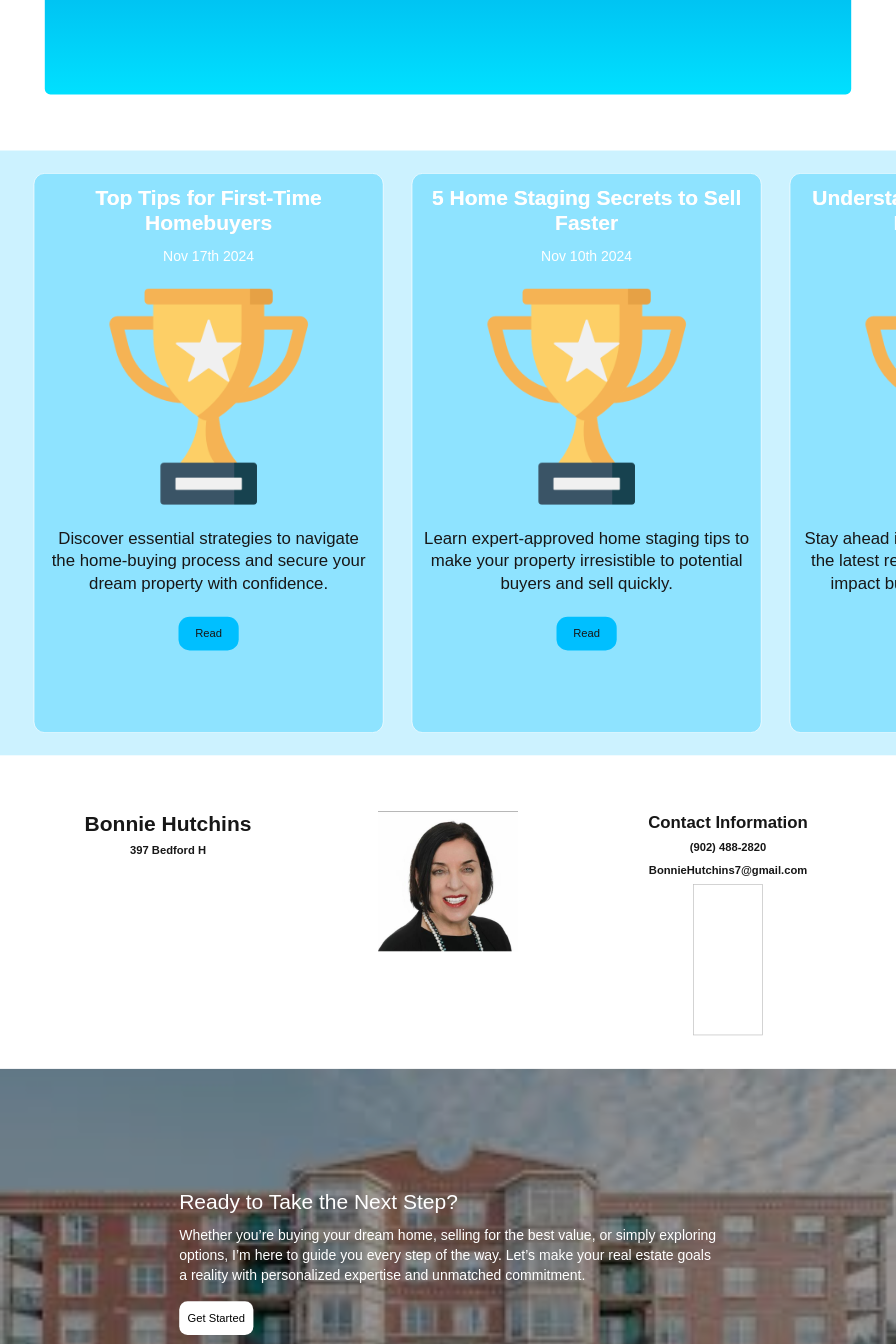
Repository: TMuse333/bonnie-website-
Page: / (app in frontend/)
The author's editor kept a copy of each file at every save. The page is drawn from the files as they stood at one save, then again after a run of saves.
The browser window is 1280 px wide. The pictures show the part of the page from y = 4580 to 6500 px (the page is 7047 px tall), at 70% of full size.
The project was rebuilt for these pictures with package versions that can differ from the ones it lists, and the page was loaded fresh each time. The framework's server and built-in components were replaced by stand-ins that run in the browser. Also part of the build but not shown: frontend/next.config.mjs.

Above is the page before, as saved 2024-11-30 14:36:24.

### frontend/src/app/layout.tsx
import { ContextProvider } from "@/context/context";
import type { Metadata } from "next";
import localFont from "next/font/local";
import "./globals.css";

const geistSans = localFont({
  src: "./fonts/GeistVF.woff",
  variable: "--font-geist-sans",
  weight: "100 900",
});
const geistMono = localFont({
  src: "./fonts/GeistMonoVF.woff",
  variable: "--font-geist-mono",
  weight: "100 900",
});

export const metadata: Metadata = {
  title: "Bonnie Hutchins",
  description: "A sample website for Bonnie Hutchins",
};

export default function RootLayout({
  children,
}: Readonly<{
  children: React.ReactNode;
}>) {
  return (
    <html lang="en">
      <ContextProvider>


      <body
        className={`${geistSans.variable} ${geistMono.variable} antialiased`}
      >
        {children}
      </body>
      </ContextProvider>
    </html>
  );
}

### frontend/src/app/page.tsx
"use client"


import AuroraHero from "./components/auroraHero/auroraHero";
import CountUpStats from "./components/countUpStats/countUpStats";
import ExperienceCard from "./components/experienceCard/experienceCard";
import { experienceCard1, experienceCard2 ,experienceCard3,
 displayBox1, displayBox2,blogData, closingStatement, contactCard} from "@/data/data";
// import ImageTextBox from "./components/imageTextBox/imageTextBox";
import DisplayBoxes from "./components/displayBox/displayBox";
import Testimonials from "./components/testimonials/testimonials";
import ScrollCarousel from "./components/scrollCarousel/scrollCarousel";
import Closer from "./components/closer/closer";
import BigNav from "./components/navbar/bigNav";
import Footer2 from "./components/footer/footer";
import ContactCard from "./components/contactCard/contactCard";
export default function Home() {
  return (
    <>

   <main className="relative w-screen overflow-x-hidden">
   <BigNav
    excludedLink=""
    />
    <AuroraHero/>
    <CountUpStats
    number1="45"
    number2="15.5"
    number3="20"/>

<ExperienceCard
    {...experienceCard2}
    />

    <DisplayBoxes
    data={displayBox1}
    />

    {/* <ImageTextBox
    {...imageTextBox1}
    />

    <ImageTextBox
    {...imageTextBox2}
    reverse
    /> */}

<ExperienceCard
    {...experienceCard3}
    />



    <DisplayBoxes
    data={displayBox2}
    />

  <ExperienceCard
    {...experienceCard1}
    />

    <Testimonials/>

    <ScrollCarousel
    images={blogData}
    bgImage
    />

    <ContactCard
    {...contactCard}
    />

    <Closer
    {...closingStatement}
    />



    <Footer2
    excludedLink=""
    />


   </main>
   </>
  );
}

### frontend/src/context/context.tsx
"use client"

import React, { createContext, useState, useContext, ReactNode, useEffect } from 'react';

// Define the type for the context value
interface GeneralContextType {

  isMobile: boolean;
  setIsMobile: React.Dispatch<React.SetStateAction<boolean>>;
  heroInView: boolean;
  setHeroInView: React.Dispatch<React.SetStateAction<boolean>>;


}

// Create the context
export const GeneralContext = createContext<GeneralContextType | undefined>(undefined);

// Create a provider component
export const ContextProvider: React.FC<{ children: ReactNode }> = ({ children }) => {
  // Initialize the value state


  // Detect mobile devices
  const [isMobile, setIsMobile] = useState<boolean>(true);

const [heroInView, setHeroInView] = useState(true)





  useEffect(() => {
    const handleScroll = () => {
      if (typeof window !== 'undefined') {
        setIsMobile(window.innerWidth <= 865);
      }
    };

    if (typeof window !== 'undefined') {
      window.addEventListener('scroll', handleScroll);
      handleScroll(); // Initial check
    }

    return () => {
      if (typeof window !== 'undefined') {
        window.removeEventListener('scroll', handleScroll);
      }
    };
  }, []);


  useEffect(() => {
    console.log('is mobile', isMobile);
  }, [isMobile]);

  const contextValue = {

    isMobile,
    setIsMobile,
    heroInView, setHeroInView

  };

  return <GeneralContext.Provider value={contextValue}>{children}</GeneralContext.Provider>;
};

export const useGeneralContext = (): GeneralContextType => {
  const context = useContext(GeneralContext);
  if (!context) {
    throw new Error('useGeneralContext must be used within a ContextProvider');
  }
  return context;
};

### frontend/src/app/components/countUpStats/countUpStats.tsx
"use client"
import React, {useRef} from "react";
import CountUp from "react-countup";
import { useInView} from 'framer-motion'

interface Props {
  number1: string;
  number2: string;
  number3: string;
}

const CountUpStats: React.FC<Props> = ({ number1, number2, number3 }) => {

    const ref = useRef(null)
    const inView = useInView(ref,{
        once:true
    })
  return (
    <>
    <section   ref={ref}
    className="mx-auto w-screen max-w-[1200px]
    text-white">
         <h2 className="text-center px-4 font-bold text-2xl sm:text-3xl
         my-12">Lorem ipsum dolor sit amet consectetur adipisicing elit. Possimus, iusto?</h2>
         <p className="font-semibold px-4">
            Lorem ipsum dolor sit amet, consectetur adipisicing elit. Maxime enim dolore autem vitae, neque deserunt itaque minus officia modi repudiandae culpa hic explicabo mollitia rerum dolorem impedit, delectus, voluptatem facilis deleniti perferendis consectetur. Distinctio possimus, asperiores eius quos natus blanditiis. Dolore officiis voluptates architecto at temporibus. Omnis eaque rerum praesentium!
         </p>

    <section

      className="flex mx-auto flex-col justify-center items-center mt-4
      md:flex-row font-semibold"
    >

      {/* Number 1 */}
      <div className="text-2xl mb-6 flex flex-col
      justify-center md:flex-row items-start ">
        <CountUp start={0}
          end={inView ? parseInt(number1) : 0}
         duration={2} />
         &nbsp; millions sold
         <div className="w-[50vw] h-[5px] bg-black mb-6
      md:h-[50px] md:w-[5px] mx-4 " />
      </div>

      {/* Divider */}


      {/* Number 2 */}
      <div className="text-2xl mb-6 flex flex-col
      justify-center md:flex-row items-start ">
        <CountUp start={0}
          end={inView ? parseInt(number2) : 0}
         duration={2} />
         &nbsp; years of experience
         <div className="w-[50vw] h-[5px] bg-black mb-6
      md:h-[50px] md:w-[5px] mx-4 " />
      </div>

      {/* Number 3 */}
      <div className="text-2xl mb-6 flex flex-col
      justify-center md:flex-row items-start mb-auto">
        <CountUp start={0}
          end={inView ? parseInt(number3) : 0}
         duration={2} />
         +&nbsp; happy clients

      </div>
    </section>
    </section>

    <div className="w-[80vw] max-w-[1200px]
    mx-auto h-[5px] bg-black"
    />

    </>
  );
};

export default CountUpStats;

### frontend/src/data/data.ts


export const experienceCard1 = {
    title: "Helping Clients Achieve Their Dream Homes",
    src: "/helpful.jpg", // Replace with actual image path
    alt: "Realtor helping clients",
    description: "With over 10 years of experience, Bonnie Hutchins has successfully guided hundreds of clients through the home buying and selling process, ensuring a smooth, stress-free experience. From first-time buyers to seasoned investors, Bonnie has a proven track record of exceeding client expectations and achieving their goals.",
    aspects: [
        "Over 100 homes sold in the past year",
        "98% client satisfaction rate",
        "Average of 10% above asking price for listings",
        "Expert in navigating competitive real estate markets",
        "Quick and efficient closings, often ahead of schedule"
    ],
    link: '', // No link provided
    reverse: false, // As per your request
    aspectHeader:'Why Clients Trust Bonnie Hutchins'
};


export const experienceCard2 = {
    title: "Why Choose a Realtor? And What Makes Bonnie Different",
    src: "/helpful.jpg", // Use a relevant image for the card
    alt: "Bonnie Hutchins Realtor in Action",
    description: "As a seasoned realtor, Bonnie Hutchins offers a range of services designed to guide you through every stage of the buying and selling process. With years of experience and a deep understanding of the market, Bonnie delivers unmatched service tailored to your needs. Whether you're a first-time buyer, an investor, or selling your home, she ensures a seamless and stress-free experience from start to finish.",
    aspects: [
      "Expert Market Analysis: Get accurate pricing strategies based on current market trends.",
      "Personalized Home Search: Tailored recommendations that match your preferences and budget.",
      "Professional Negotiation: Maximize your sale price and secure favorable terms with expert negotiation.",
      "Full-Service Support: From staging and photography to legal and financial guidance, we handle it all.",
      "Local Expertise: In-depth knowledge of the local neighborhoods and communities."
    ],
    link: "", // Add a link if necessary (e.g., to a contact page or detailed services page)
    reverse: true, // Ensures the layout follows the same order as other cards
    aspectHeader:'What Makes Bonnie Stand Out'
  };

  export const experienceCard3 = {
    title: "Bonnie's Seamless Process: Making Your Real Estate Journey Easy",
    src: "/helpful.jpg", // Use a relevant image for the card
    alt: "Bonnie Hutchins Guiding Clients Through the Process",
    description: "Bonnie Hutchins ensures that every step of your real estate journey is simple and stress-free. From the initial consultation to closing, Bonnie's transparent, client-focused process is designed to minimize hassle and maximize your satisfaction. Whether you're buying or selling, you can count on Bonnie to guide you smoothly through each phase of the process, making sure you feel informed, confident, and supported every step of the way.",
    aspects: [
      "Clear Communication: Stay informed with regular updates at every stage of the process.",
      "Personalized Plan: Tailored strategies that fit your specific needs and timeline.",
      "Expert Guidance: Receive professional insights and support from start to finish.",
      "Stress-Free Experience: We handle the details so you can focus on what matters most.",
      "Efficient Closings: We work to ensure timely and seamless closings with no surprises."
    ],
    link: "/process", // Link to the process page
    reverse: true, // Standard layout for this card
    aspectHeader: "Your Journey, Simplified"
  };




  export const imageTextBox1 = {
    src: '/bonnie.jpg',
    alt: 'bonnie the realtor',
    title: 'Professional Achievements',
    description: `Explore the milestones and successes that have solidified my reputation as a trusted name in real estate. From record-breaking sales to exceptional client relationships, my journey is a testament to dedication, expertise, and a passion for delivering results that exceed expectations.`,
    buttonText: 'Learn more',
    destination: '/'
};

export const imageTextBox2 = {
    src: '/bonnie.jpg',
    alt: 'bonnie the realtor',
    title: 'Marketing',
    description: `Step into the world of innovative and results-driven marketing strategies that set me apart. From leveraging the latest digital tools to creating personalized campaigns, my approach ensures every property gets the attention it deserves, leading to faster sales and higher returns.`,
    buttonText: 'Learn more',
    destination: '/'
};

export const displayBox1 = [
    {
        title:'Professional Achievements',
        src: '/trophy.png',
        alt: 'bonnie the realtor',
        description: `Step into the world of innovative and results-driven marketing strategies that set me apart. From leveraging the latest digital tools to creating personalized campaigns, my approach ensures every property gets the attention it deserves, leading to faster sales and higher returns.`,
        buttonText: 'Learn more',
        destination: '/'
    },
    {
        src: '/marketing.png',
        alt: 'bonnie the realtor',
        title: 'Personal Marketing Program',
        description: `Step into the world of innovative and results-driven marketing strategies that set me apart. From leveraging the latest digital tools to creating personalized campaigns, my approach ensures every property gets the attention it deserves, leading to faster sales and higher returns.`,
        buttonText: 'Learn more',
        destination: '/'
    }
]



export const displayBox2 = [
    {
        title: 'Buying real estate',
        src: '/buy-home.png',
        alt: 'Bonnie the Realtor - Helping Buyers',
        description: `Discover how I simplify the home-buying journey, guiding you every step of the way. Whether you're a first-time buyer or looking for your dream home, I offer expert advice, personalized property recommendations, and unmatched market insights to ensure a seamless and stress-free experience.`,
        buttonText: 'Explore Buyers Page',
        destination: '/buyers'
    },
    {
        src: '/for-sale.png',
        alt: 'Bonnie the Realtor - Helping Sellers',
        title: 'Sellers',
        description: `Learn how I make selling your property a rewarding and effortless process. From preparing your home for the market to securing the best possible price, my proven strategies and personalized approach ensure you achieve your goals with confidence and ease.`,
        buttonText: 'Explore Sellers Page',
        destination: '/sellers'
    }
];




export const blogData = [
    {
      src: '/trophy.png',
      alt: 'the trophy',
      title: 'Top Tips for First-Time Homebuyers',
      description: 'Discover essential strategies to navigate the home-buying process and secure your dream property with confidence.',
      link: '/blog/top-tips-for-first-time-homebuyers',
      date: 'Nov 17th 2024'
    },
    {
      src: '/trophy.png',
      alt: 'the trophy',
      title: '5 Home Staging Secrets to Sell Faster',
      description: 'Learn expert-approved home staging tips to make your property irresistible to potential buyers and sell quickly.',
      link: '/blog/home-staging-secrets',
      date: 'Nov 10th 2024'
    },
    {
      src: '/trophy.png',
      alt: 'the trophy',
      title: 'Understanding the Real Estate Market Trends',
      description: 'Stay ahead in the market by understanding the latest real estate trends and how they impact buying and selling decisions.',
      link: '/blog/real-estate-market-trends',
      date: 'Nov 3rd 2024'
    },
    {
      src: '/trophy.png',
      alt: 'the trophy',
      title: 'How to Find the Perfect Neighborhood',
      description: 'Explore key factors to consider when choosing a neighborhood that aligns with your lifestyle and long-term goals.',
      link: '/blog/perfect-neighborhood-guide',
      date: 'Oct 27th 2024'
    },
    {
      src: '/trophy.png',
      alt: 'the trophy',
      title: 'The Importance of Pre-Approval for Buyers',
      description: 'Understand why getting pre-approved is a critical step for buyers and how it can simplify the home-buying process.',
      link: '/blog/importance-of-pre-approval',
      date: 'Oct 20th 2024'
    }
  ];


  export const closingStatement = {
    image: '/hero-building.jpeg',
    title: 'Ready to Take the Next Step?',
    description: 'Whether you’re buying your dream home, selling for the best value, or simply exploring options, I’m here to guide you every step of the way. Let’s make your real estate goals a reality with personalized expertise and unmatched commitment.',
    buttonText: 'Get Started',
    destination: '/contact'
  };


  interface Props {
    src:string,
    alt:string,
    name:string,
    title:string
    description:string,
    quote:string
    phone:string,
    email:string,
    socials:{
        src:string,
        destination:string,
        alt:string
    }[]
}


export const contactCard = {
  src:'/bonnie.jpg',
  alt:'Bonnie',
  name:'Bonnie Hutchins',
  title:'397 Bedford H',
  description:"397 Bedfordy\n"+
  "Halifax, Nova Scotia\n"+
  "Canada B3M 2L3",
  quote:'',
  phone:'(902) 488-2820',
  email:'BonnieHutchins7@gmail.com',
  socials:[{
    src:'',
    destination:'',
    alt:''
  }]

}

### frontend/src/app/components/displayBox/displayBox.tsx
import React from "react";
import Image from 'next/image'
import Link from "next/link";


interface ElementProps {
    title:string,
    src:string,
    alt:string,
    description:string,
    buttonText:string,
    destination:string
}

const Element:React.FC<ElementProps> = ({
    title,src,alt,description,buttonText,
    destination
}) => {

    return (
        <section className="w-[90vw] mx-auto flex
        mt-2
        flex-col justify-center items-center relative

        sm:w-[45vw] max-w-[500px] mb-8">
            <h2 className="text-white text-center
            text-2xl mb-4 font-semibold">{title}</h2>
            <Image
            src={src}
            alt={alt}
            width={600}
            height={1300}
            className='w-[40vw]  h-[20vw]
            max-h-[150px] mx-auto object-contain
            max-w-[200px] bg-gray-300 rounded-2xl'
            />
            <p className="text-white my-4 font-semibold">{description}</p>
            <button className="bg-[#00bfff]
            p-2 rounded-2xl text-white">
                <Link href={destination}>
                    {buttonText}
                </Link>
            </button>


        </section>

    )
}

interface DisplayBoxProps {
    data:ElementProps[]
}

    const DisplayBoxes:React.FC<DisplayBoxProps> = ({
        data
    }) => {

        return (
            <section className="w-screen relative
            bg-gradient-to-b from-blue-400 to-blue-300 "
            >


            <section className="flex flex-col
            sm:grid grid-cols-2 justify-center
            items-center max-w-[1200px]
            mx-auto bg-gradient-to-b from-blue-400 to-blue-300
             pt-5">
                <div className="absolute
                top-1/2 w-full
                 sm:top-0
                left-1/2 -translate-x-1/2 h-[5px]
                 md:h-full
                sm:w-[5px] bg-white"/>
                {data.map((data, index) => (
                    <Element
                    {...data}
                    key={index}
                    />
                ))}
            </section>
            </section>

        )
    }


    export default DisplayBoxes

### frontend/src/app/components/contactCard/contactCard.tsx
import Image from "next/image";
import Link from "next/link";
import React from "react";



interface Props {
    src:string,
    alt:string,
    name:string,
    title:string
    description:string,
    quote:string
    phone:string,
    email:string,
    socials:{
        src:string,
        destination:string,
        alt:string
    }[]
}


const ContactCard:React.FC<Props> = ({
    src,alt,name,
    phone,email,socials,title,quote
}) => {


    return (
        <section className="mx-auto flex flex-col
        md:flex-row max-w-[1200px] my-12">
            <section className="text-center
            md:w-[33vw] max-w-[400px]">
                <h3 className="mb-2 font-bold
                text-3xl">{name}</h3>
                <h4 className="mb-2 font-semibold
                whitespace-pre-line">{title}</h4>
                <p className="mb-2 px-4">{quote}</p>
            </section>
            <section className="md:w-[33vw] max-w-[400px]">
                <Image
                src={src}
                alt={alt}
                className='w-[70vw]
                object-contain mx-auto
                max-w-[200px] hax-h-[250px]'
                width={600}
                height={1300}
                />
            </section>
            <section className="text-center  md:w-[33vw] max-w-[400px]">
                <h3 className="mb-2 text-2xl font-semibold">Contact Information</h3>
                <p className="mb-2 font-semibold">{phone}</p>
                <p className="mb-2 font-semibold">{email}</p>
                <ul className="flex items-center w-full
                ">
                    {socials.map((social,index)=>(
                        <li className="mx-auto"
                        key={index}
                        >
                            <Image
                            src={social.src}
                            alt={social.alt}
                            className='w-[100px]
                            object-contain'
                            width={600}
                            height={1300}
                            />
                            <Link
                            href={social.destination}
                            />
                        </li>
                    ))}
                </ul>
            </section>

        </section>
    )
}

export default ContactCard

Loaded but not shown: frontend/src/app/globals.css (common file); frontend/tailwind.config.ts (common file); frontend/src/app/components/navbar/bigNav.tsx (510 lines, source omitted); frontend/src/app/components/experienceCard/experienceCard.tsx (191 lines, source omitted); frontend/src/app/components/testimonials/testimonials.tsx (127 lines, source omitted); frontend/src/app/components/auroraHero/auroraHero.tsx (183 lines, source omitted); frontend/src/app/components/scrollCarousel/scrollCarousel.tsx (161 lines, source omitted); frontend/src/app/components/footer/footer.tsx (166 lines, source omitted); frontend/src/app/components/slidingText/slidingText.tsx (85 lines, source omitted); frontend/src/app/components/closer/closer.tsx (107 lines, source omitted)

After the next 5 saves:
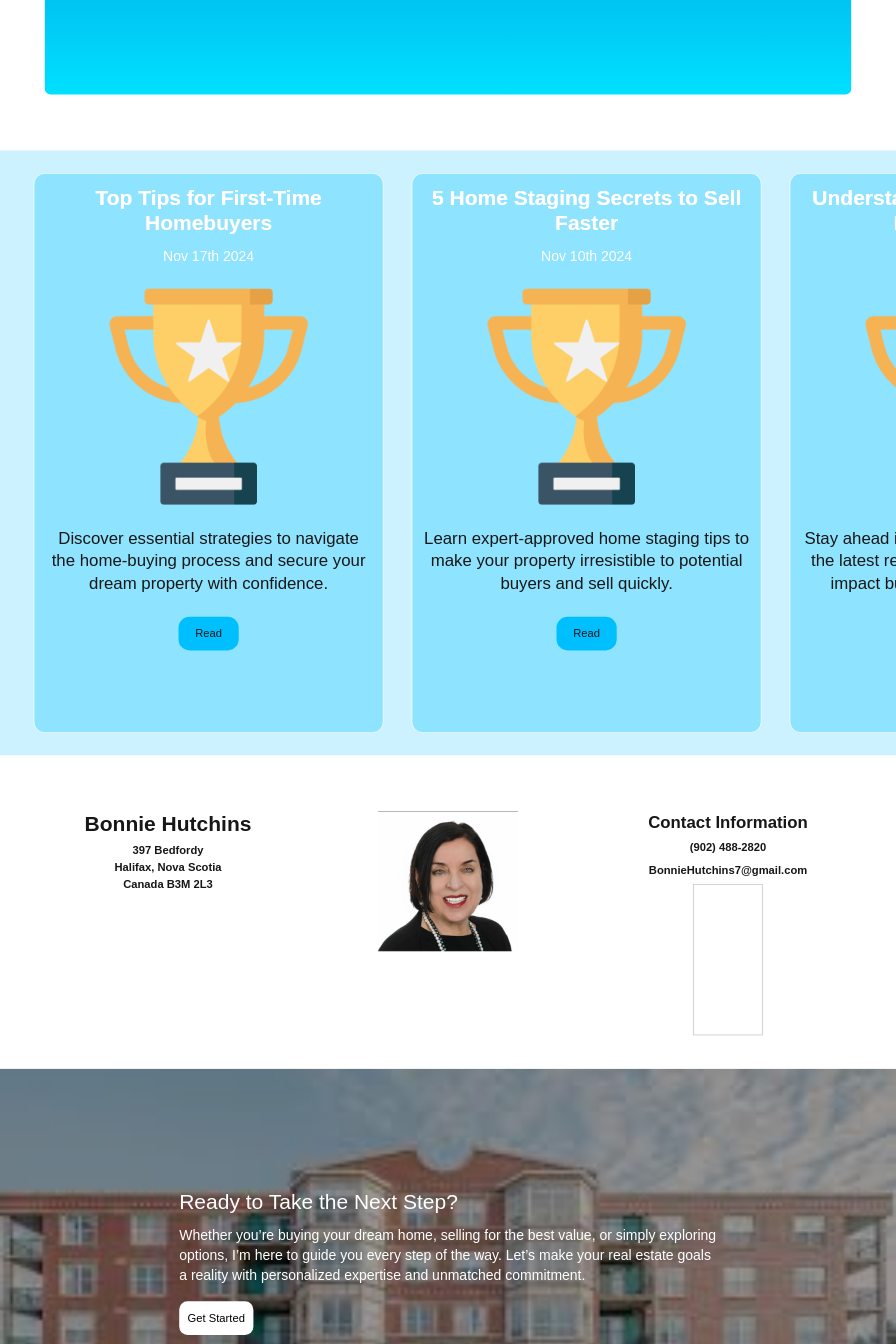
The 5 saves are shown as one change because they came seconds apart.
The last was saved 12 s later.
--- a/frontend/src/data/data.ts
+++ b/frontend/src/data/data.ts
@@ -190,10 +190,10 @@
   src:'/bonnie.jpg',
   alt:'Bonnie',
   name:'Bonnie Hutchins',
-  title:'397 Bedford H',
-  description:"397 Bedfordy\n"+
+  title:"397 Bedfordy\n"+
   "Halifax, Nova Scotia\n"+
   "Canada B3M 2L3",
+  description:'',
   quote:'',
   phone:'(902) 488-2820',
   email:'BonnieHutchins7@gmail.com',
